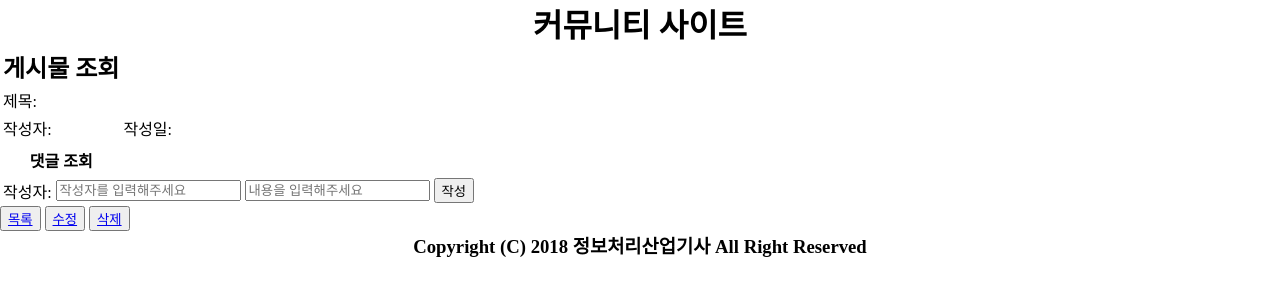
Repository: Tor1a/SpringSet
Page: http://localhost/practice01/WEB-INF/views/post/Lookup.jsp
These files come from the project's save history. The page is drawn as it stood at one moment and after the next save; the edit follows.
The browser window is 1280 px wide. The pictures show the whole page.
The page is served by Tomcat 9. Nobody is signed in. Other server files are loaded and not shown. The template is opened directly, without the code that normally fills it, so the values that code supplies are empty.

Above is the page before, as saved 2022-04-15 05:52:38.

### practice01/src/main/webapp/WEB-INF/views/post/Lookup.jsp
<%@ page language="java" contentType="text/html; charset=UTF-8"    pageEncoding="UTF-8"%>
<%@ taglib prefix="c" uri="http://java.sun.com/jsp/jstl/core" %>
<%@ include file="../include/header.jsp" %>

<script src="${pageContext.request.contextPath}/resources/js/post/commentAdd.js"></script>
	<table>
		<thead>
			<th><h2>게시물 조회</h2></th>
		</thead>
		<tbody>
			<tr>
				<td>제목: ${vo.subject}</td>
			</tr>
			<tr>
				<td>작성자: ${vo.writer}</td>
				<td>작성일: ${vo.date}</td>
			</tr>
			<tr>
				<td>${vo.content}</td>
			</tr>
		</tbody>
			<th>댓글 조회</th>
			<c:forEach var="list" items="${list}">
			<tr>
				<td>
					${list.writer} / ${list.content} / ${list.date} / <a href="CommentDel.do?idx=${list.bidx}&bidx=${vo.idx}">삭제</a>
				</td>
			</tr>
			</c:forEach>
		<form id="commentAddForm">
			<input type="hidden" name="bidx" value="${vo.idx}" >
			<table>
				<tr>
					<td>작성자:</td>
					 <td><input type="text" id ="cmWriter" name="writer" placeholder="작성자를 입력해주세요"></td>
					 <td><input type="text" id ="cmContent" name="content" placeholder="내용을 입력해주세요"></td>
					 <td><input type="button" value="작성" onclick="addCheck()"></td>
				</tr>
			</table>
		</form>
<!-- 		<tr> -->
		<button><a href="/controller">목록</a></button>
		<button><a href="updatForm.do?idx=${vo.idx}">수정</a></button>
		<button><a href="delete.do?idx=${vo.idx}">삭제</a></button>
<!-- 		</tr> -->
	</table>


<%@ include file="../include/footer.jsp" %>

### practice01/src/main/webapp/WEB-INF/views/include/header.jsp
<%@ page language="java" contentType="text/html; charset=UTF-8"    pageEncoding="UTF-8"%>
<%@ taglib prefix="c" uri="http://java.sun.com/jsp/jstl/core" %>
<%@ taglib prefix="fmt" uri="http://java.sun.com/jsp/jstl/fmt" %>

<!DOCTYPE html>
<html>
<head>

<meta charset="UTF-8">
<script src="${pageContext.request.contextPath}/resources/js/jquery-3.6.0.min.js">
</script>
<link rel="stylesheet" href="${pageContext.request.contextPath}/resources/css/header.css">

</head>
<body>

    <h1>커뮤니티 사이트</h1>

### practice01/src/main/webapp/WEB-INF/views/include/footer.jsp
<%@ page language="java" contentType="text/html; charset=UTF-8"    pageEncoding="UTF-8"%>
<link rel="stylesheet" href="${pageContext.request.contextPath}/resources/css/footer.css">


<h3>Copyright (C) 2018 정보처리산업기사 All Right Reserved</h3>

</body>
</html>

### practice01/src/main/webapp/resources/css/header.css
@charset "UTF-8";
body, h1, h2, h3, h4, h5, p, ul, li, ol, dd, dt, dl { padding: 0; margin: 0; }

ul {list-style: none;}

a:hover{text-decoration: none;}

body{height: 100%;}

.sub{dispaly:flex; justify-content: space-between; flex-direction: row; flex-wrap: nowrap;}
.mainMenu {display: flex; justify-content: space-around; flex-direction: row; flex-wrap: nowrap;}

h1 {text-align: center;}

### practice01/src/main/webapp/resources/js/post/commentAdd.js
function addCheck(){
	if($("#cmWriter").val() == ""){
		alert("작성자를 입력해주세요");
		$("#cmWriter").focus();
		return;
	}else if($("#cmContent").val() == ""){
		alert("내용을 입력해주세요");
		$("#cmContent").focus();
		return;
	}else{
		var form = document.getElementById('commentAddForm');
		form.action="CommentAdd.do";
		form.method = "POST";
		form.submit();
	}
}

### practice01/src/main/webapp/resources/css/footer.css
@charset "UTF-8";
body, h1, h2, h3, h4, h5, p, ul, li, ol, dd, dt, dl { padding: 0; margin: 0; }

ul {list-style: none;}

a:hover{text-decoration: none;}

body{height: 100%;}

h3 {text-align: center;}

Loaded but not shown: practice01/src/main/webapp/resources/js/jquery-3.6.0.min.js (library)

After the next save:
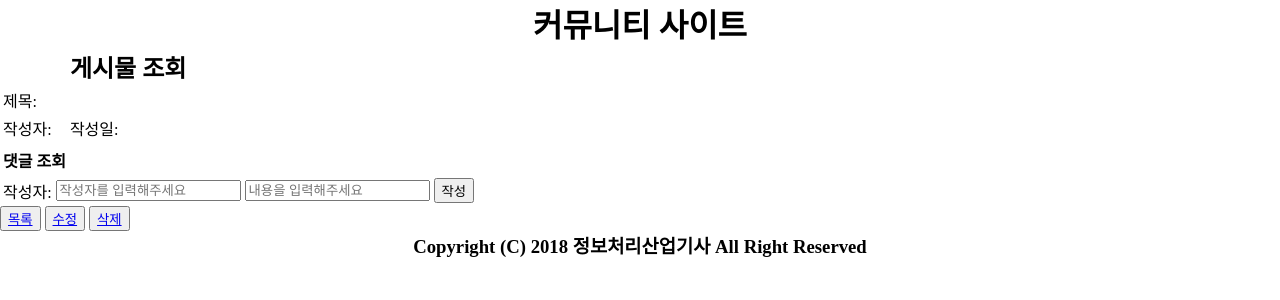
Saved 19 s later.
--- a/practice01/src/main/webapp/WEB-INF/views/post/Lookup.jsp
+++ b/practice01/src/main/webapp/WEB-INF/views/post/Lookup.jsp
@@ -5,7 +5,7 @@
 <script src="${pageContext.request.contextPath}/resources/js/post/commentAdd.js"></script>
 	<table>
 		<thead>
-			<th><h2>게시물 조회</h2></th>
+			<th><td><h2>게시물 조회</h2></td></th>
 		</thead>
 		<tbody>
 			<tr>
@@ -38,11 +38,11 @@
 				</tr>
 			</table>
 		</form>
-<!-- 		<tr> -->
+		<tr>
 		<button><a href="/controller">목록</a></button>
 		<button><a href="updatForm.do?idx=${vo.idx}">수정</a></button>
 		<button><a href="delete.do?idx=${vo.idx}">삭제</a></button>
-<!-- 		</tr> -->
+		</tr>
 	</table>
 
 
